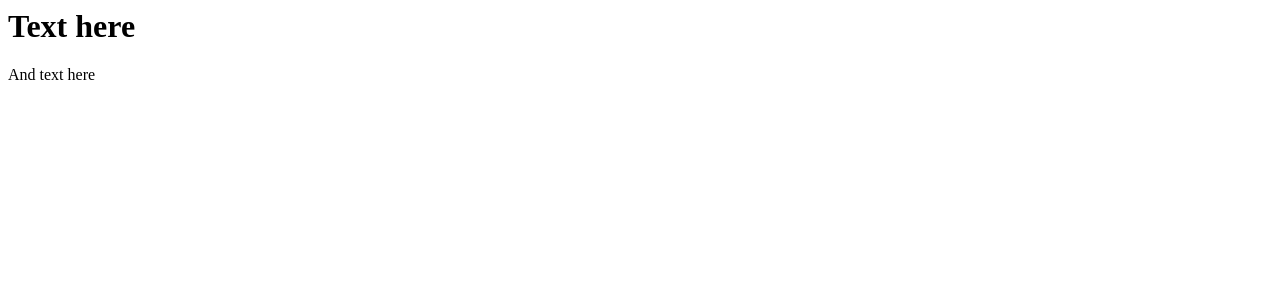
Repository: VikaChyhrynets/javascript
Page: index.html
These files come from the project's save history. The page is drawn as it stood at one moment and after the next save; the edit follows.
The browser window is 1280 px wide. The pictures show the whole page.

Above is the page before, as saved 2023-06-20 18:19:25.

After the next save:
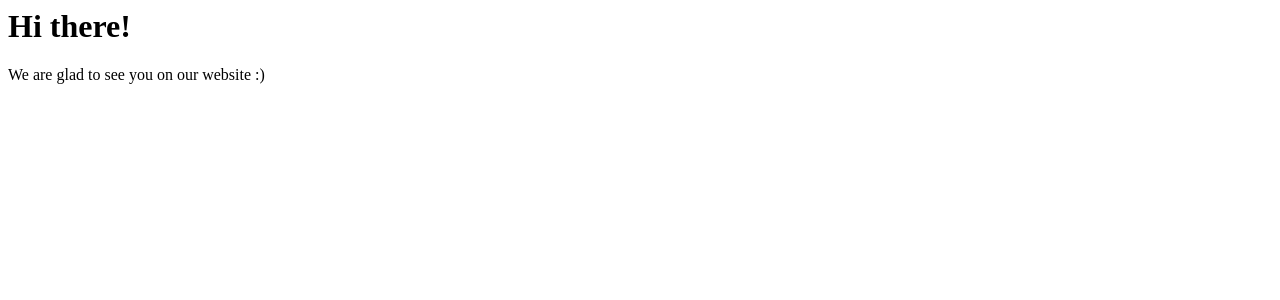
Saved 1 s later.
--- a/index.html
+++ b/index.html
@@ -2,10 +2,10 @@
 </head>
 <body>
     <h1>
-        Text here
+        Hi there!
     </h1>
     <p>
-        And text here
+        We are glad to see you on our website :)
     </p>
     <script src="js/script1.js"></script>
 </body>
